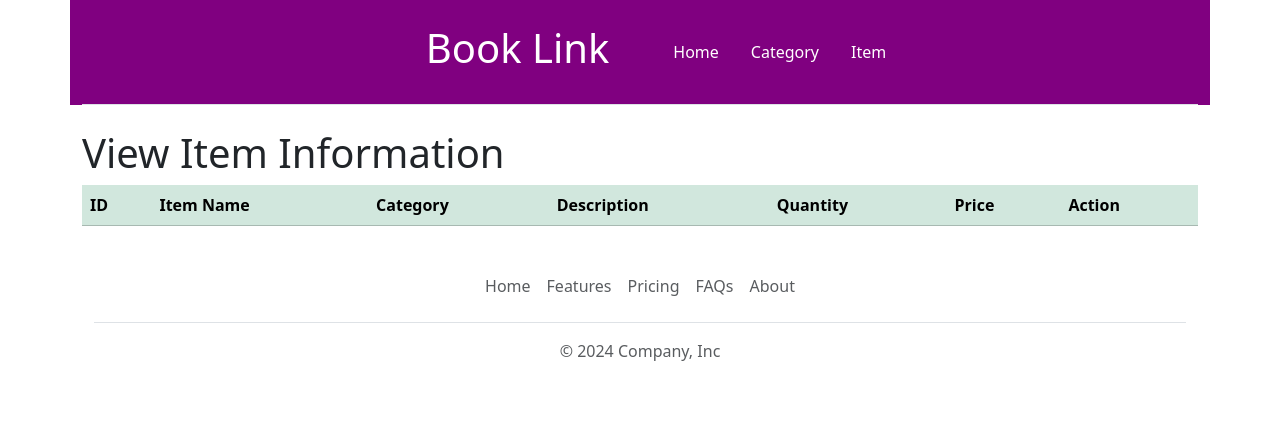
Repository: nyeinsu4520/coursera-test
Page: http://localhost/view_items
An editor plug-in stored every save of this project. The page is shown before and after the next save, followed by the edit.
The browser window is 1280 px wide. The pictures show the whole page.
Some web fonts or font styles are not loaded; a fallback is used. The page is this project's Thymeleaf template; nobody is signed in. The template is opened directly, without the code that normally fills it, so the values that code supplies are empty.

Above is the page before, as saved 2024-05-28 07:59:52.

After the next save:
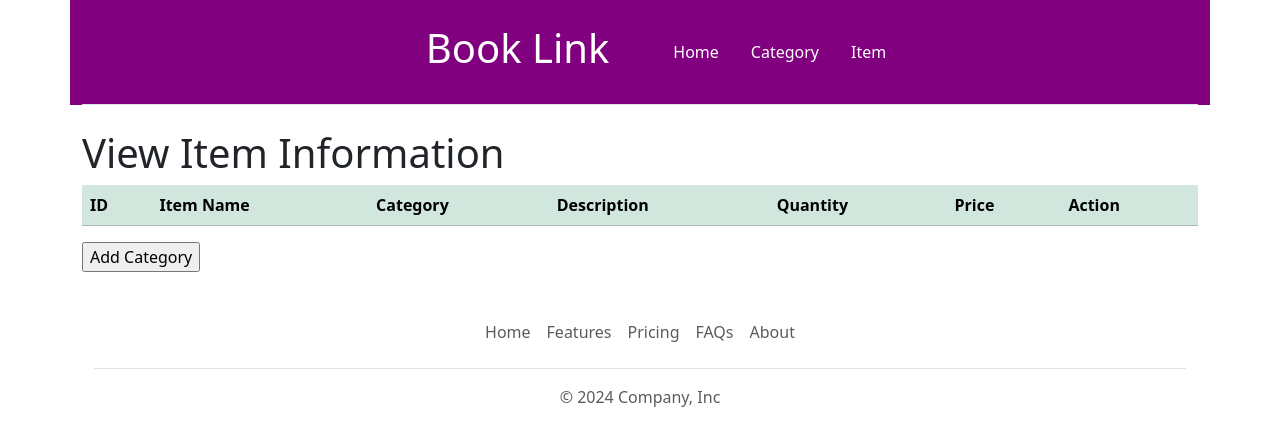
Saved 7 min 37 s later.
--- a/BookLink/src/main/resources/templates/view_items.html
+++ b/BookLink/src/main/resources/templates/view_items.html
@@ -37,6 +37,11 @@
 	</tr>
 
 	</table>
+
+	<form th:action="@{/add}" method="post">
+	<input type="submit" value="Add Category">
+	</form>
+
 	<div th:replace="fragment/footer"></div>
 </body>
 </div>
